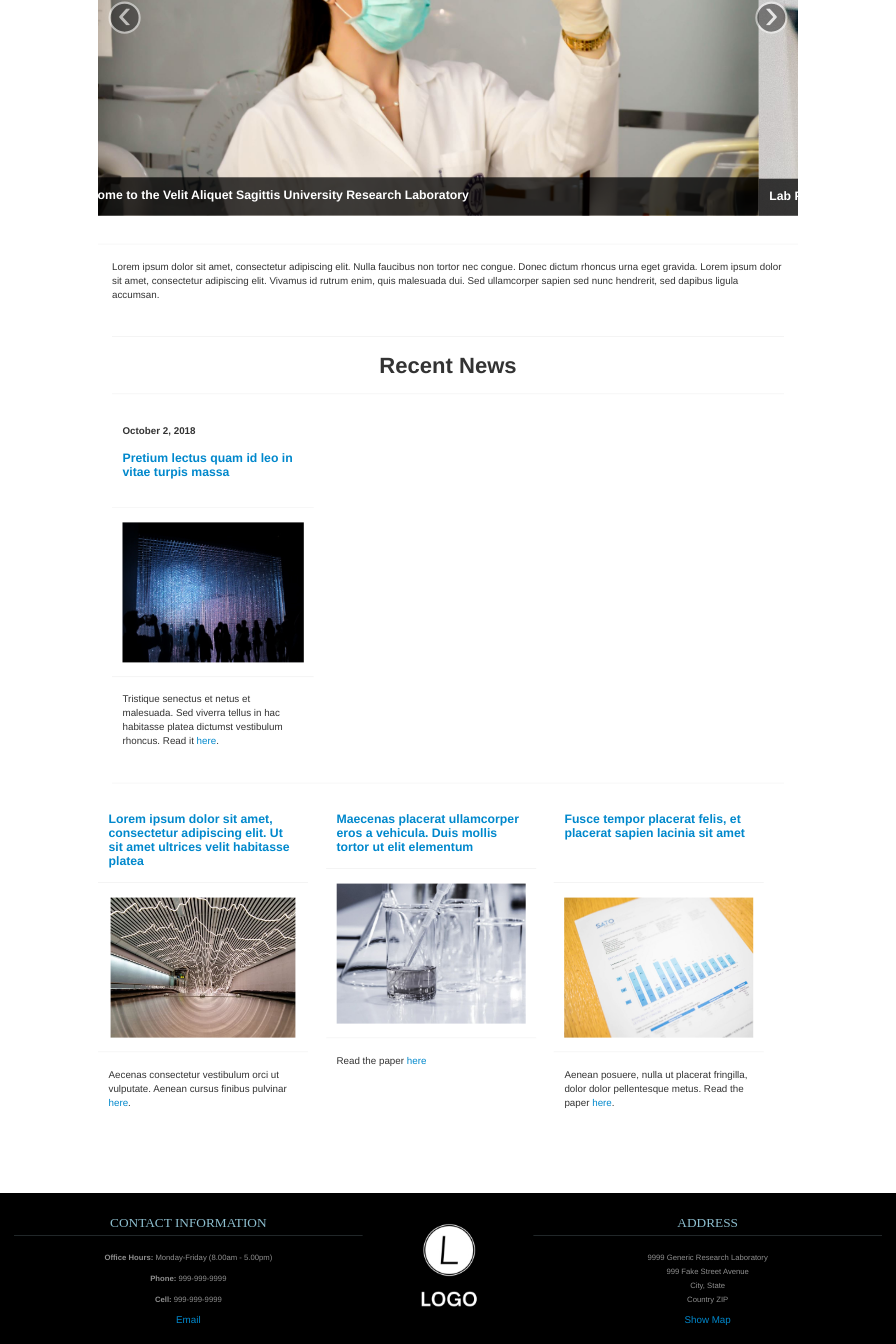
Repository: IAEUC/iaeuc.github.io
Page: index.html
The author's editor kept a copy of each file at every save. The page is drawn from the files as they stood at one save, then again after the next save.
The browser window is 1280 px wide. The pictures show the part of the page from y = 786 to 2706 px (the page is 2706 px tall before and 2192 px after), at 70% of full size.

Above is the page before, as saved 2025-08-07 17:26:57.

### index.html
<!DOCTYPE html>
<html lang="en">
   <head>
      <meta charset="utf-8">
      <title>Generic Research Lab Template - Home</title>
      <meta name="viewport" content="width=device-width, initial-scale=1.0">
      <meta name="description" content="Research Lab, Home, Velit Aliquet Sagittis University">
      <meta name="author" content="">
      <!-- Le styles -->
      <link href="css/bootstrap.min.css" rel="stylesheet">
      <link href="css/bootstrap-responsive.min.css" rel="stylesheet">
      <link href="css/theme.css" rel="stylesheet">
   </head>
   <body>
      <div class="container">
         <header class="jumbotron subhead" id="overview">
            <p class="lead"> Velit Aliquet Sagittis University </p>
            <h1>Experimental Research Lab</h1>
         </header>
         <div class="masthead">
            <div class="navbar">
               <div class="navbar-inner">
                  <div class="container">
                     <ul class="nav">
                        <li class="active"><a href="#">Home</a></li>
                        <li><a href="people.html">People</a></li>
                        <li><a href="research.html">Research</a></li>
                        <li><a href="publications.html">Publications</a></li>
                        <li><a href="gallery.html">Gallery</a></li>
                        <li><a href="news.html">News</a></li>
                        <li><a href="teaching.html">Teaching</a></li>
                        <li><a href="contact.html">Contact</a></li>
                     </ul>
                  </div>
               </div>
            </div>
         </div>

         <div class="row-fluid">
            <div class="span12">
                              <p>
                                We investigate the behaviour, ecology and evolution of lizards. In addition to lizards, we sometimes work on frogs, including cane toads, and have previously worked on snakes, mole-rats, Torresian crows, a turtle, and Malawi cichlids. We also have a new project on Australian magpies! Our research falls into three major themes: 1.) animal communication/sexual selection (visual and chemical signals); 2.) cognition (social learning, culture, behavioural flexibility); and 3.) social behaviour/sociality (evolution of kin-based family living, co-operation, complex sociality, social complexity, parental care, mechanisms of sociality).

                                 In addition to field work, we work with captive animals in large semi-natural conditions where things are more controlled and where we can conduct behavioural experiments and observations. We also work with animals indoors, for more fine-scaled study, such as cognition.

                                 We are part of the School of Natural Sciences at Macquarie University in Sydney, Australia. To learn more about what we do, here is a more detailed account of our research and also have a look at what we have published.
                              </p>
                              <br/>
                           </div>
         </div>
         <div class="row-fluid">
                  <hr>
                  <h2 class="centered">Our Research</h2>
                  <hr>
         </div>
         <div class="row-fluid">
            <div class="span12">
                              <p>
                                 Lorem ipsum dolor sit amet, consectetur adipiscing elit. Nulla faucibus non tortor nec congue.
                                 Donec dictum rhoncus urna eget gravida. Lorem ipsum dolor sit amet, consectetur adipiscing elit.
                                 Vivamus id rutrum enim, quis malesuada dui. Sed ullamcorper sapien sed nunc hendrerit, sed dapibus
                                 ligula accumsan.
                              </p>
                              <br/>
                           </div>
         </div>

         <div class="row-fluid">
            <div class="span12">
               <div id="main-carousel" class="carousel slide">
                  <div class="carousel-inner">
                     <div class="item active">
                        <img src="images/ani-kolleshi-crop3.JPG" class="carousel-image" alt="">
                        <div class="carousel-caption">
                           <h4>Welcome to the Velit Aliquet Sagittis University Research Laboratory</h4>
                           <!-- -->
                           <p></p>
                        </div>
                     </div>
                     <div class="item">
                        <img src="images/microscope-crop1.JPG" class="carousel-image" alt="">
                        <div class="carousel-caption">
                           <h4>Lab Photos</h4>
                           <p></p>
                        </div>
                     </div>
                     <div class="item">
                        <img src="images/building-crop1.JPG" class="carousel-image" alt="">
                        <div class="carousel-caption">
                           <h4>Main Building Photo</h4>
                           <p></p>
                        </div>
                     </div>
                  </div>
                  <a class="left carousel-control" href="#main-carousel" data-slide="prev">‹</a>
                  <a class="right carousel-control" href="#main-carousel" data-slide="next">›</a>
               </div>
            </div>
         </div>
         <hr>
         <div class="container-fluid">
            <div class="row-fluid marketing">
               <div class="span12">
                  <p>
                     Lorem ipsum dolor sit amet, consectetur adipiscing elit. Nulla faucibus non tortor nec congue.
                     Donec dictum rhoncus urna eget gravida. Lorem ipsum dolor sit amet, consectetur adipiscing elit.
                     Vivamus id rutrum enim, quis malesuada dui. Sed ullamcorper sapien sed nunc hendrerit, sed dapibus
                     ligula accumsan.
                  </p>
                  <br/>
               </div>
            </div>
               <div class="row-fluid">
                  <hr>
                  <h2 class="centered">Recent News</h2>
                  <hr>
               </div>

               <div class="row-fluid">
                  <div class="span4 feature-item">
                     <h5> <span class="date">October 2, 2018</span> </h5>
                     <h4 class="feature-heading">
                        <a href="http://mechanical.illinois.edu/news/miljkovic-pleased-join-%E2%80%98powerhouse%E2%80%99-illinois">
                        Pretium lectus quam id leo in vitae turpis massa
                        <br/>
                        <br/>
                        </a>
                     </h4>
                     <hr>
                     <div class="centered">
                        <a href="https://unsplash.com/photos/WNk-f-TnZDw">
                        <img src="thumbs/rodolfo-cuadros-762364-unsplash.jpg" alt=""></a>
                     </div>
                     <hr>
                     <p>
                        Tristique senectus et netus et malesuada. Sed viverra tellus in hac habitasse platea dictumst vestibulum rhoncus.
                        Read it <a href="https://unsplash.com/photos/WNk-f-TnZDw">here</a>.
                     </p>
                     <br/>
                  </div>
               </div>
               <hr>
            </div>
            <div class="row-fluid">
               <div class="span4 feature-item">
                  <h4 class="feature-heading"><a href="https://unsplash.com/photos/QvbLjB9pHLM">Lorem ipsum dolor sit amet, consectetur adipiscing elit. Ut sit amet ultrices velit habitasse platea</a></h4>
                  <hr>
                  <div class="centered">
                     <a href="https://unsplash.com/photos/QvbLjB9pHLM"><img src="thumbs/ivanov-crop.JPG" alt=""></a>
                  </div>
                  <hr>
                  <p>Aecenas consectetur vestibulum orci ut vulputate. Aenean cursus finibus pulvinar <a href="https://unsplash.com/photos/QvbLjB9pHLM">here</a>. </p>
                  <br/>
               </div>
               <div class="span4 feature-item">
                  <h4 class="feature-heading"><a href="https://unsplash.com/photos/lQGJCMY5qcM">Maecenas placerat ullamcorper eros a vehicula. Duis mollis tortor ut elit elementum</a></h4>
                  <hr>
                  <div class="centered">
                     <a href="https://unsplash.com/photos/lQGJCMY5qcM"><img src="thumbs/beaker-crop.JPG" alt=""></a>
                  </div>
                  <hr>
                  <p>Read the paper <a href="https://unsplash.com/photos/lQGJCMY5qcM">here</a> </p>
               </div>
               <div class="span4 feature-item">
                  <h4 class="feature-heading"><a href="https://unsplash.com/photos/QCbZ4ASLhM8">Fusce tempor placerat felis, et placerat sapien lacinia sit amet<br/><br/><br/></a></h4>
                  <hr>
                  <div class="centered">
                     <a href="https://unsplash.com/photos/QCbZ4ASLhM8"><img src="thumbs/sato-chart.JPG" alt=""></a>
                  </div>
                  <hr>
                  <p> Aenean posuere, nulla ut placerat fringilla, dolor dolor pellentesque metus. Read the paper <a href="https://unsplash.com/photos/QCbZ4ASLhM8">here</a>.</p>
                  <br/>
                  <br/>
                  <br/>
               </div>
            </div>
         </div>
      </div>
      <footer id="footer">
         <div class="container-fluid">
            <div class="row-fluid">
               <div class="span5">
                  <h3>Contact Information</h3>
                  <p><b>Office Hours: </b>Monday-Friday (8.00am - 5.00pm)</p>
                  <p><b>Phone: </b>999-999-9999</p>
                  <p><b>Cell: </b>999-999-9999</p>
                  <a href="mailto:your.email@uni.edu">Email</a>
               </div>
               <div class="span2">
                  <a href="https://mybrandnewlogo.com/"><img src = "thumbs/generic-logo.JPG" alt="research-lab-logo"/></a>
               </div>
               <div class="span5">
                  <h3>Address</h3>
                  <p>9999 Generic Research Laboratory<br>
                     999 Fake Street Avenue<br>
                     City, State<br>
                     Country ZIP
                  </p>
                  <a href="http://maps.google.com/">Show Map</a>
               </div>
            </div>
         </div>
      </footer>

      <!-- Javascript files -->
      <script src="js/jquery-1.9.1.min.js"></script>
      <script src="js/bootstrap.min.js"></script>
      <script> $('#main-carousel').carousel(); </script>
   </body>
</html>

### css/theme.css
body {
	padding-top: 15px;
	padding-bottom: 0px;
}


/* Custom container */

.container {
	margin: 0 auto;
	max-width: 1000px;
}

.container>hr {
	margin: 20px 0
}


/* Customize the navbar links to be fill the entire space of the .navbar */

.navbar .navbar-inner {
	padding: 0
}

.navbar .nav {
	margin: 0;
	display: table;
	width: 100%;
}

.navbar .nav li {
	display: table-cell;
	width: 1%;
	float: none;
}

.navbar .nav li a {
	font-weight: bold;
	text-align: center;
	border-left: 1px solid rgba(255, 255, 255, .75);
	border-right: 1px solid rgba(0, 0, 0, .1);
}

.navbar .nav li:first-child a {
	border-left: 0;
	border-radius: 3px 0 0 3px;
}

.navbar .nav li:last-child a {
	border-right: 0;
	border-radius: 0 3px 3px 0;
}

body>.navbar {
	font-size: 13px
}


/* Change the docs' brand */

body>.navbar .brand {
	padding-right: 0;
	padding-left: 0;
	margin-left: 20px;
	float: right;
	font-weight: bold;
	color: #000;
	text-shadow: 0 1px 0 rgba(255, 255, 255, .1), 0 0 30px rgba(255, 255, 255, .125);
	-webkit-transition: all .2s linear;
	-moz-transition: all .2s linear;
	transition: all .2s linear;
}

body>.navbar .brand:hover {
	text-decoration: none;
	text-shadow: 0 1px 0 rgba(255, 255, 255, .1), 0 0 30px rgba(255, 255, 255, .4);
}


/* Sidenav for Docs
         -------------------------------------------------- */

@media screen and (max-width: 768px) {
	.bs-docs-sidenav {
		display: none !important;
	}
}

.bs-docs-sidenav {
	width: 228px;
	margin: 30px 0 0;
	padding: 0;
	background-color: #fff;
	-webkit-border-radius: 6px;
	-moz-border-radius: 6px;
	border-radius: 6px;
	-webkit-box-shadow: 0 1px 4px rgba(0, 0, 0, .065);
	-moz-box-shadow: 0 1px 4px rgba(0, 0, 0, .065);
	box-shadow: 0 1px 4px rgba(0, 0, 0, .065);
}

.bs-docs-sidenav>li>a {
	display: block;
	width: 200px;
	margin: 0 0 -1px;
	padding: 8px 14px;
	border: 1px solid #e5e5e5;
}

.bs-docs-sidenav>li>a.subhead {
	display: block;
	width: 168px;
	margin: 0 0 -1px;
	padding: 8px 30px;
	border: 1px solid #e5e5e5;
	font-size: 12px;
}

.bs-docs-sidenav>li:first-child>a {
	-webkit-border-radius: 6px 6px 0 0;
	-moz-border-radius: 6px 6px 0 0;
	border-radius: 6px 6px 0 0;
}

.bs-docs-sidenav>li:last-child>a {
	-webkit-border-radius: 0 0 6px 6px;
	-moz-border-radius: 0 0 6px 6px;
	border-radius: 0 0 6px 6px;
}

.bs-docs-sidenav>.active>a {
	position: relative;
	z-index: 2;
	padding: 9px 15px;
	border: 0;
	text-shadow: 0 1px 0 rgba(0, 0, 0, .15);
	-webkit-box-shadow: inset 1px 0 0 rgba(0, 0, 0, .1), inset -1px 0 0 rgba(0, 0, 0, .1);
	-moz-box-shadow: inset 1px 0 0 rgba(0, 0, 0, .1), inset -1px 0 0 rgba(0, 0, 0, .1);
	box-shadow: inset 1px 0 0 rgba(0, 0, 0, .1), inset -1px 0 0 rgba(0, 0, 0, .1);
}

.bs-docs-sidenav>li>a:hover {
	background-color: #f5f5f5
}

.bs-docs-sidenav a:hover .icon-chevron-right {
	opacity: .5
}

.bs-docs-sidenav.affix {
	top: 10px
}

.bs-docs-sidenav.affix-bottom {
	position: absolute;
	top: auto;
	bottom: 270px;
}


/* Responsive
         -------------------------------------------------- */

.affix {
	top: 0px
}

#media {
	margin-top: 70px
}

#media .header {
	margin-left: 0;
	margin-bottom: 56px;
	margin-top: 30px;
}

#media .post_row {
	margin-left: 0;
	margin-bottom: 40px;
}

#media .lastpost_row {
	margin-bottom: 0
}

#media .post_row .post {
	background: #fff;
	/*margin-left: 0;;
    margin-right: 20px;*/
	border-radius: 4px;
	box-shadow: 1px 1px 2px 0px #E0E0E0;
	width: 487px;
	height: 616px;
}

#media .post_row .last {
	margin-right: 0
}

#media .post_row .post .img {
	position: relative;
	text-align: center;
}

#media .post_row .post .img .date {
	background: #E8554E;
	position: absolute;
	padding: 2px 5px;
	top: 0;
	left: 11px;
}

#media .post_row .post .img .date p {
	color: #fff;
	font-size: 14px;
	font-weight: bold;
	font-style: italic;
	margin: 0;
}

#media .post_row .post .img img {
	height: 275px;
	width: 410px;
}

#media .post_row .post .text {
	margin: 18px auto 0;
	width: 83%;
}

#media .post_row .post .text h5 {
	margin: 0 0 8px 0;
	font-size: 20px;
	line-height: 23px;
}

#media .post_row .post .text h5 a {
	color: #333
}

#media .post_row .post .text span.date {
	color: #9F9F9F;
	display: block;
	margin-bottom: 12px;
	font-style: italic;
	font-size: 13px;
}

#media .post_row .post .text p {
	margin: 0;
	line-height: 21px;
	font-size: 14px;
}

#media .post_row .post .author_box {
	margin: 12px auto 20px;
	border-top: 1px solid #EDEDED;
	overflow: hidden;
	text-align: left;
	width: 85%;
	padding-top: 12px;
}

#media .post_row .post .author_box h6 {
	margin: 0 0 3px 0;
	font-size: 13px;
	line-height: 15px;
	font-style: italic;
	font-weight: normal;
	color: #B2B2B2;
}

#media .post_row .post .author_box p {
	color: #B2B2B2;
	font-style: italic;
	font-size: 13px;
	line-height: 14px;
	margin: 0;
}

#media .post_row .post .author_box img {
	float: right
}

#media .post_row .post a.plus_wrapper {
	width: 99%;
	text-align: center;
	background: #fff;
	display: none;
	border-radius: 0px 0px 4px 4px;
	padding: 6px 0px 2px;
	margin: 0 auto 1px;
}

#media .post_row .post a.plus_wrapper span {
	color: #1189D9;
	font-size: 30px;
	font-weight: bold;
}

#media .post_row .post:hover a.plus_wrapper {
	display: block
}

#media .post_row .post:hover {
	box-shadow: 0px 1px 5px 1px rgb(216, 216, 216)
}

#media .post_row .post:hover .text h5 a {
	color: #1189D9
}

.map .box_wrapp {
	position: absolute;
	margin: 15px auto;
	box-shadow: 0 0 7px 0 rgba(26, 26, 26, 0.4);
	padding: 30px 0 30px;
	background: white;
	border-radius: 4px;
	margin-top: 25px;
}

.map .box_wrapp .box_cont {
	margin: 30px auto;
	width: 76%;
}

.section-header {
	text-align: center;
	margin-bottom: 35px;
}

.section-header h1,
.title-text {
	font-weight: bold;
	font-size: 30px;
	margin: 12.5px 0;
	font-weight: 100;
	margin-bottom: 25px;
	line-height: 55px;
}

.feature-item:hover {
	box-shadow: 0px 1px 5px 1px rgb(216, 216, 216)
}

.feature-item img {
	margin-left: 15px;
	margin-right: 15px;
	max-width: 90%;
	height: 200px;
}

.feature-item h5 {
	margin-left: 15px;
	margin-right: 15px;
	margin-top: 20px;
	margin-bottom: 20px;
}

.feature-item p {
	margin-left: 15px;
	margin-right: 15px;
}

.feature-heading {
	margin-top: 20px;
	margin-bottom: 20px;
	margin-left: 15px;
	margin-right: 15px;
}

.feature-heading a:hover {
	text-decoration: none;
}

.feature-button {
	font-size: 16px;
	background-image: none;
	box-shadow: none;
	margin-bottom: 10px;
}

.centered {
	text-align: center;
}

.subhead {
	text-align: left;
	border-bottom: 1px solid #ddd;
}

.jumbotron {
	position: relative;
	padding: 45px 0px 35px 0px;
	color: #fff;
	text-align: center;
	text-shadow: 0 1px 3px rgba(0, 0, 0, .4), 0 0 30px rgba(0, 0, 0, .075);
	background: #30393C;
	background: -moz-linear-gradient(45deg, #30393C 0%, #000000 100%);
	background: -webkit-gradient(linear, left bottom, right top, color-stop(0%, #30393C), color-stop(100%, #30393C));
	background: -webkit-linear-gradient(45deg, #30393C 0%, #000000 100%);
	background: -o-linear-gradient(45deg, #30393C 0%, #000000 100%);
	background: -ms-linear-gradient(45deg, #30393C 0%, #000000 100%);
	background: linear-gradient(45deg, #30393C 0%, #000000 100%) repeat;
	-webkit-box-shadow: inset 0 3px 7px rgba(0, 0, 0, .2), inset 0 -3px 7px rgba(0, 0, 0, .2);
	-moz-box-shadow: inset 0 3px 7px rgba(0, 0, 0, .2), inset 0 -3px 7px rgba(0, 0, 0, .2);
	box-shadow: inset 0 3px 7px rgba(0, 0, 0, .2), inset 0 -3px 7px rgba(0, 0, 0, .2);
}

.jumbotron:after {
	content: '';
	display: block;
	position: absolute;
	top: 0;
	right: 0;
	bottom: 0;
	left: 0;
	opacity: .4;
}

.lead {
	margin-bottom: 0px;
	font-size: 21px;
	font-weight: 200;
	line-height: 15px;
}

img.float-left {
	float: left;
	margin-top: 9px;
	margin-left: 0px;
	margin-right: 30px;
	margin-bottom: 12px;
}

img.float-right {
	float: right;
	margin-top: 9px;
	margin-right: 0px;
	margin-bottom: 12px;
	margin-left: 30px;
}

img.publications-thumb {
	width: 142px;
	height: 188px;
}

.caption {
	margin: 10px;
}

.responsive-video {
	position: relative;
	padding-bottom: 56.25%;
	padding-top: 60px;
	overflow: hidden;
}

.responsive-video iframe,
.responsive-video object,
.responsive-video embed {
	position: absolute;
	top: 0;
	left: 0;
	width: 93.5%;
	height: 93.5%;
}

.video-caption {
	margin: 10px;
}

.accordion {
	margin-bottom: 20px;
	margin-right: 40px;
}

.thumbnail>img.sponsor {
	width: 212px;
	height: 150px;
}

img.carousel-image {
	width: 100%;
}

li.publication {
	margin-bottom: 20px;
}

.page-header h3 a:hover {
	text-decoration: none;
}

iframe.map-frame {
	border: none;
	overflow: hidden;
	margin-top: 10px;
	margin-bottom: 10px;
	margin-left: 0px;
	margin-right: 0px;
	height: 550px;
	width: 100%;
}

ul.sponsors {
	margin-top: 40px;
	margin-bottom: 40px;
}

#footer {
	z-index: 10;
	margin-top: 50px;
	margin-bottom: 0px;
	padding-bottom: 25px;
	border-top-width: 8px;
	border-top-style: solid;
	border-top-color: #2F2F2F;
	background-color: #000000;
	border: 0;
	font-size: 100%;
	font: inherit;
	vertical-align: baseline;
	text-align: center;
}

#footer h3 {
	font-size: 19px;
	text-transform: uppercase;
	font-family: BebasNeueRegular;
	color: #8DBECE;
	border-bottom-width: 1px;
	border-bottom-style: solid;
	border-bottom-color: #30393C;
	line-height: 35px;
	margin-bottom: 20px;
	margin-top: 25px;
	font-weight: normal;
}

#footer a img {
	margin-top: 40px;
}

#footer p,
#footer address {
	color: #8F8F8F;
	font-size: 11px;
}

Loaded but not shown: css/bootstrap.min.css (library); css/bootstrap-responsive.min.css (library); js/jquery-1.9.1.min.js (library); js/bootstrap.min.js (library)

After the next save:
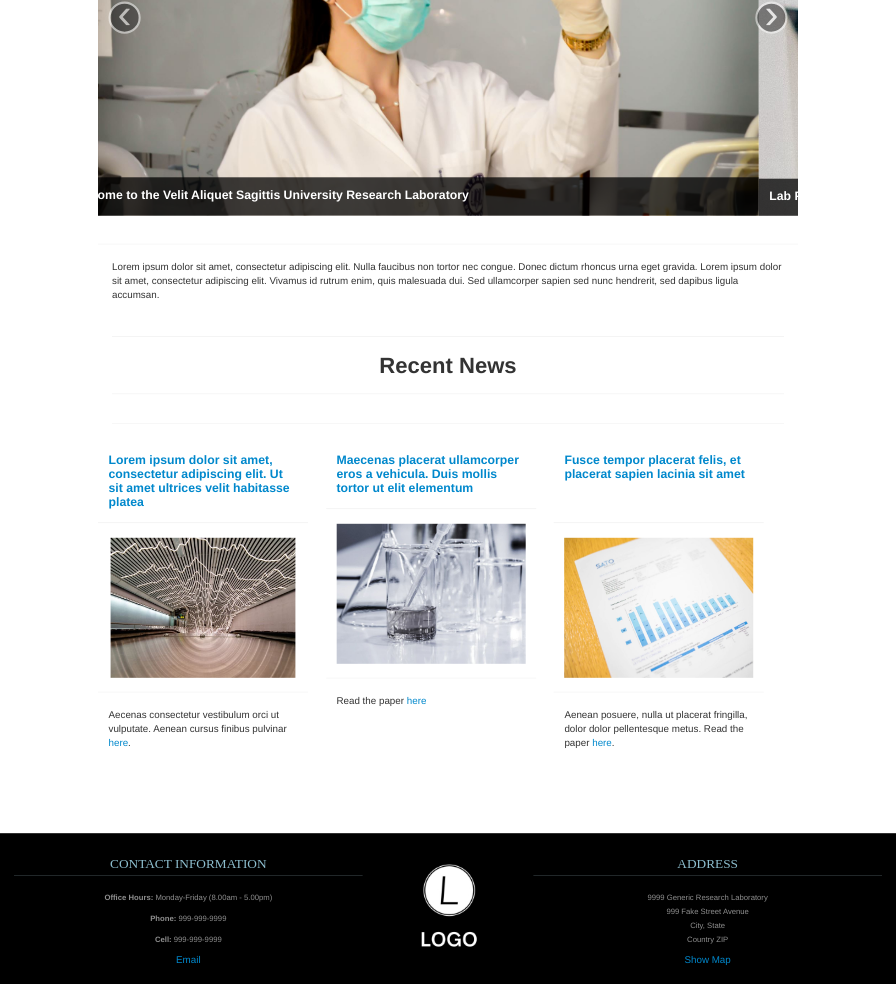
Saved 26 s later.
--- a/index.html
+++ b/index.html
@@ -116,29 +116,6 @@
                   <hr>
                </div>
 
-               <div class="row-fluid">
-                  <div class="span4 feature-item">
-                     <h5> <span class="date">October 2, 2018</span> </h5>
-                     <h4 class="feature-heading">
-                        <a href="http://mechanical.illinois.edu/news/miljkovic-pleased-join-%E2%80%98powerhouse%E2%80%99-illinois">
-                        Pretium lectus quam id leo in vitae turpis massa
-                        <br/>
-                        <br/>
-                        </a>
-                     </h4>
-                     <hr>
-                     <div class="centered">
-                        <a href="https://unsplash.com/photos/WNk-f-TnZDw">
-                        <img src="thumbs/rodolfo-cuadros-762364-unsplash.jpg" alt=""></a>
-                     </div>
-                     <hr>
-                     <p>
-                        Tristique senectus et netus et malesuada. Sed viverra tellus in hac habitasse platea dictumst vestibulum rhoncus.
-                        Read it <a href="https://unsplash.com/photos/WNk-f-TnZDw">here</a>.
-                     </p>
-                     <br/>
-                  </div>
-               </div>
                <hr>
             </div>
             <div class="row-fluid">
